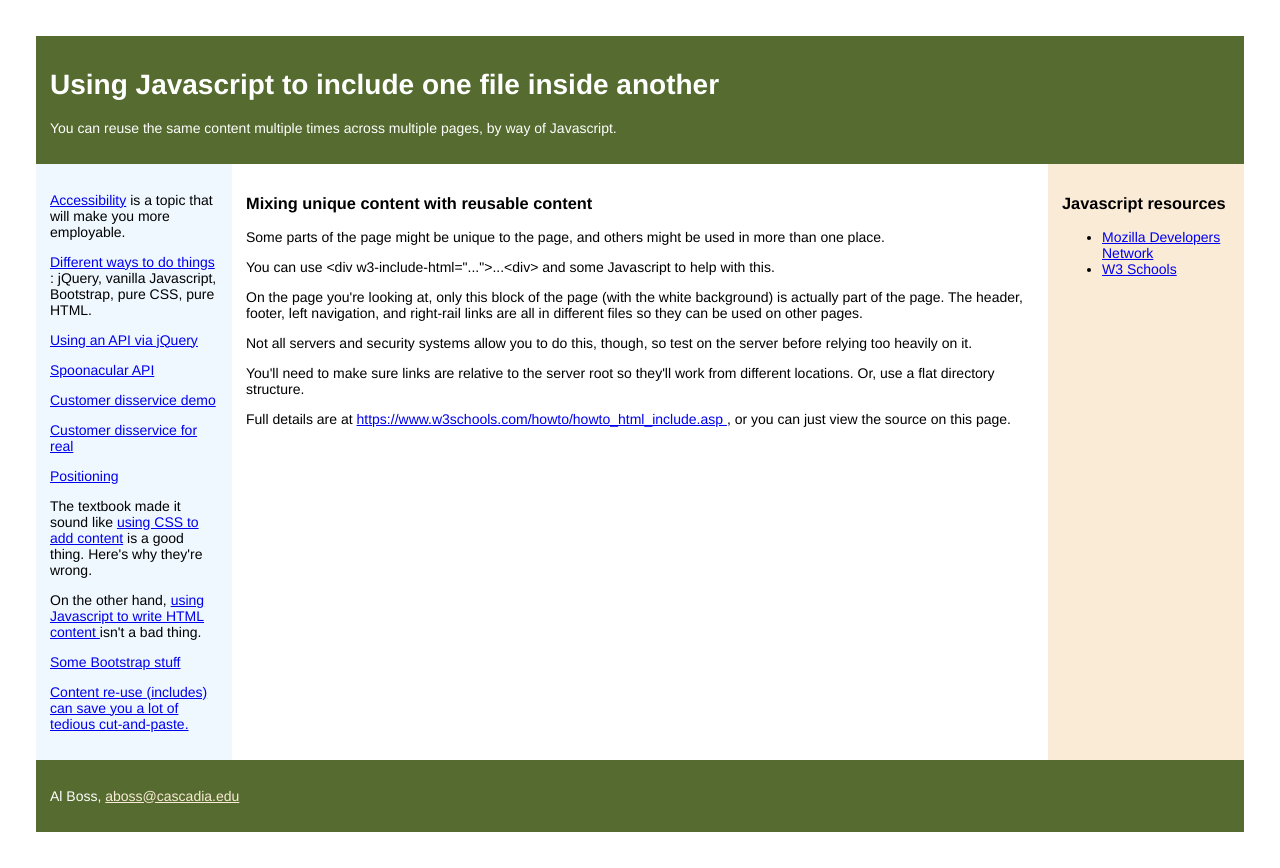
Repository: alboss/bit-175
Page: docs/includes-index.html
These files come from the project's save history. The page is drawn as it stood at one moment and after the next save; the edit follows.
The browser window is 1280 px wide. The pictures show the whole page.

Above is the page before, as saved 2023-05-10 17:26:46.

### docs/includes-index.html
<!DOCTYPE html>
<html lang="en">
  <head>
    <meta charset="UTF-8" />
    <meta http-equiv="X-UA-Compatible" content="IE=edge" />
    <meta name="viewport" content="width=device-width, initial-scale=1.0" />
    <title>Using Javascript to include one file inside another</title>
    <link rel="stylesheet" type="text/css" href="./styles/styles.css" />
    <style>
      .page-parts,
      .page-parts-body {
        display: flex;
        flex-direction: column;
      }

      .page-parts-nav {
        order: -1;
        background-color: aliceblue;
      }

      @media (min-width: 768px) {
        .page-parts-body {
          flex-direction: row;
          flex: 1;
        }
        .page-parts-content {
          flex: 1;
          padding: 1em;
        }
        .page-parts-nav,
        .page-parts-aside {
          /* 12em is the width of the columns */
          flex: 0 0 12em;
          padding: 1em;
        }
        .page-parts-aside {
          background-color: antiquewhite;
        }
        header,
        footer {
          background-color: darkolivegreen;
          color: #fff;
          padding: 1em;
        }
      }
      footer a {
        color: antiquewhite;
      }
    </style>
  </head>

  <body class="page-parts">
    <header>
      <h1>Using Javascript to include one file inside another</h1>
      <p>
        You can reuse the same content multiple times across multiple pages, by
        way of Javascript.
      </p>
    </header>

    <div class="page-parts-body">
      <main class="page-parts-content">
        <h3>Mixing unique content with reusable content</h3>
        <p>
          Some parts of the page might be unique to the page, and others might
          be used in more than one place.
        </p>
        <p>
          You can use &lt;div w3-include-html="..."&gt;...&lt;div&gt; and some
          Javascript to help with this.
        </p>
        <p>
          On the page you're looking at, only this block of the page (with the
          white background) is actually part of the page. The header, footer,
          left navigation, and right-rail links are all in different files so
          they can be used on other pages.
        </p>
        <p>
          Not all servers and security systems allow you to do this, though, so
          test on the server before relying too heavily on it.
        </p>
        <p>
          You'll need to make sure links are relative to the server root so
          they'll work from different locations. Or, use a flat directory
          structure.
        </p>
        <p>
          Full details are at
          <a href="https://www.w3schools.com/howto/howto_html_include.asp">
            https://www.w3schools.com/howto/howto_html_include.asp
          </a>
          , or you can just view the source on this page.
        </p>
      </main>
      <nav class="page-parts-nav">
        <div w3-include-html="./includes-nav.html"></div>
      </nav>
      <aside class="page-parts-aside">
        <div w3-include-html="./includes-something-else.html"></div>
      </aside>
    </div>
    <footer>
      <div w3-include-html="./includes-footer.html"></div>
    </footer>
    <script src="./includes.js"></script>
    <script>
      includeHTML();
    </script>
  </body>
</html>

### docs/styles/styles.css
body {
  font-family: Helvetica, Arial, Sans-serif;
  font-size: 14px;
  padding: 2em;
}
#description {
  border: 2px solid #999;
  padding: 2em;
  margin: 2em;
}
#lead {
  font-size: 1.2em;
  color: #666;
}
.highlight {
  background-color: yellow;
  font-weight: bold;
}

nav.top ul {
  display: flex;
}
nav.top ul li {
  margin: 0px;
  padding: 10px 25px;
  border-inline: 2px solid #333;
  margin-left: -2px;
  background-color: cornsilk;
  list-style: none;
}
nav.top ul li:hover {
  background-color: blanchedalmond;
  list-style: none;
  display: block;
}

### docs/includes.js
function includeHTML() {
  let z, i, elmnt, file, xhttp;
  /* Loop through a collection of all HTML elements: */
  z = document.getElementsByTagName("*");
  for (i = 0; i < z.length; i++) {
    elmnt = z[i];
    /*search for elements with a certain atrribute:*/
    file = elmnt.getAttribute("w3-include-html");
    if (file) {
      /* Make an HTTP request using the attribute value as the file name: */
      xhttp = new XMLHttpRequest();
      xhttp.onreadystatechange = function () {
        if (this.readyState == 4) {
          if (this.status == 200) {
            elmnt.innerHTML = this.responseText;
          }
          if (this.status == 404) {
            elmnt.innerHTML = "Page not found.";
          }
          /* Remove the attribute, and call this function once more: */
          elmnt.removeAttribute("w3-include-html");
          includeHTML();
        }
      };
      xhttp.open("GET", file, true);
      xhttp.send();
      /* Exit the function: */
      return;
    }
  }
}

### docs/includes-nav.html
<p>
  <a href="./a11y.html">Accessibility</a>
  is a topic that will make you more employable.
</p>
<p>
  <a href="./choices/">Different ways to do things</a>
  : jQuery, vanilla Javascript, Bootstrap, pure CSS, pure HTML.
</p>
<p><a href="./api.html">Using an API via jQuery</a></p>
<p><a href="./spoonacular-api/index.html">Spoonacular API</a></p>
<p><a href="./customer-service-demo.html">Customer disservice demo</a></p>
<p><a href="./customer-service.html">Customer disservice for real</a></p>
<p><a href="./positioning.html">Positioning</a></p>
<p>
  The textbook made it sound like
  <a href="./css-is-not-content.html">using CSS to add content</a>
  is a good thing. Here's why they're wrong.
</p>
<p>
  On the other hand,
  <a href="./includes/js-write-html.html">
    using Javascript to write HTML content
  </a>
  isn't a bad thing.
</p>
<p><a href="./bootstrap/">Some Bootstrap stuff</a></p>
<p>
  <a href="./includes-index.html">
    Content re-use (includes) can save you a lot of tedious cut-and-paste.
  </a>
</p>

### docs/includes-something-else.html
<h3>Javascript resources</h3>
<ul>
  <li>
    <a href="https://developer.mozilla.org/en-US/docs/Web/JavaScript">
      Mozilla Developers Network
    </a>
  </li>
  <li>
    <a href="https://www.w3schools.com/js/default.asp">W3 Schools</a>
  </li>
</ul>

### docs/includes-footer.html
<p>
  Al Boss,
  <a href="mailto:aboss@cascadia.edu">aboss@cascadia.edu</a>
</p>

After the next save:
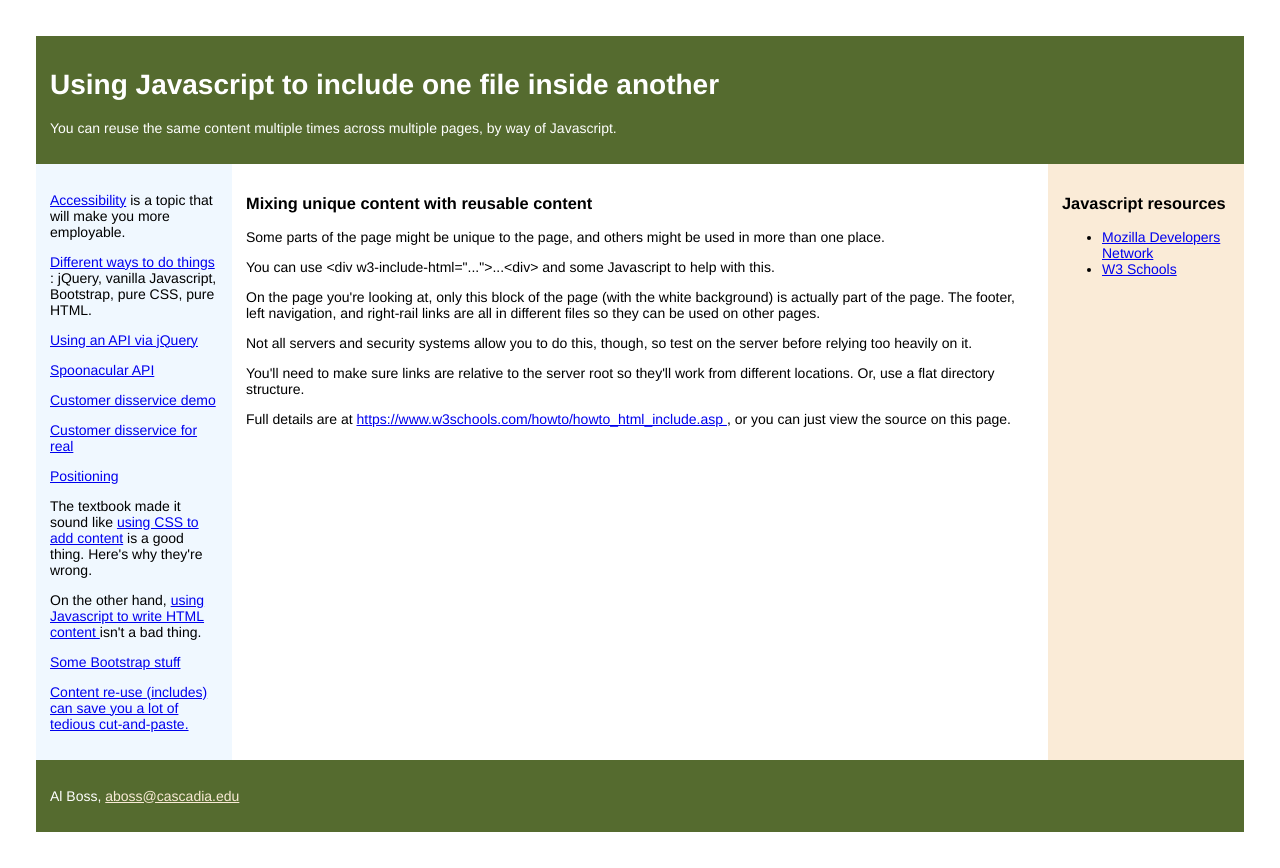
Saved 2 min 0 s later.
--- a/docs/includes-index.html
+++ b/docs/includes-index.html
@@ -71,7 +71,7 @@
         </p>
         <p>
           On the page you're looking at, only this block of the page (with the
-          white background) is actually part of the page. The header, footer,
+          white background) is actually part of the page. The footer,
           left navigation, and right-rail links are all in different files so
           they can be used on other pages.
         </p>
